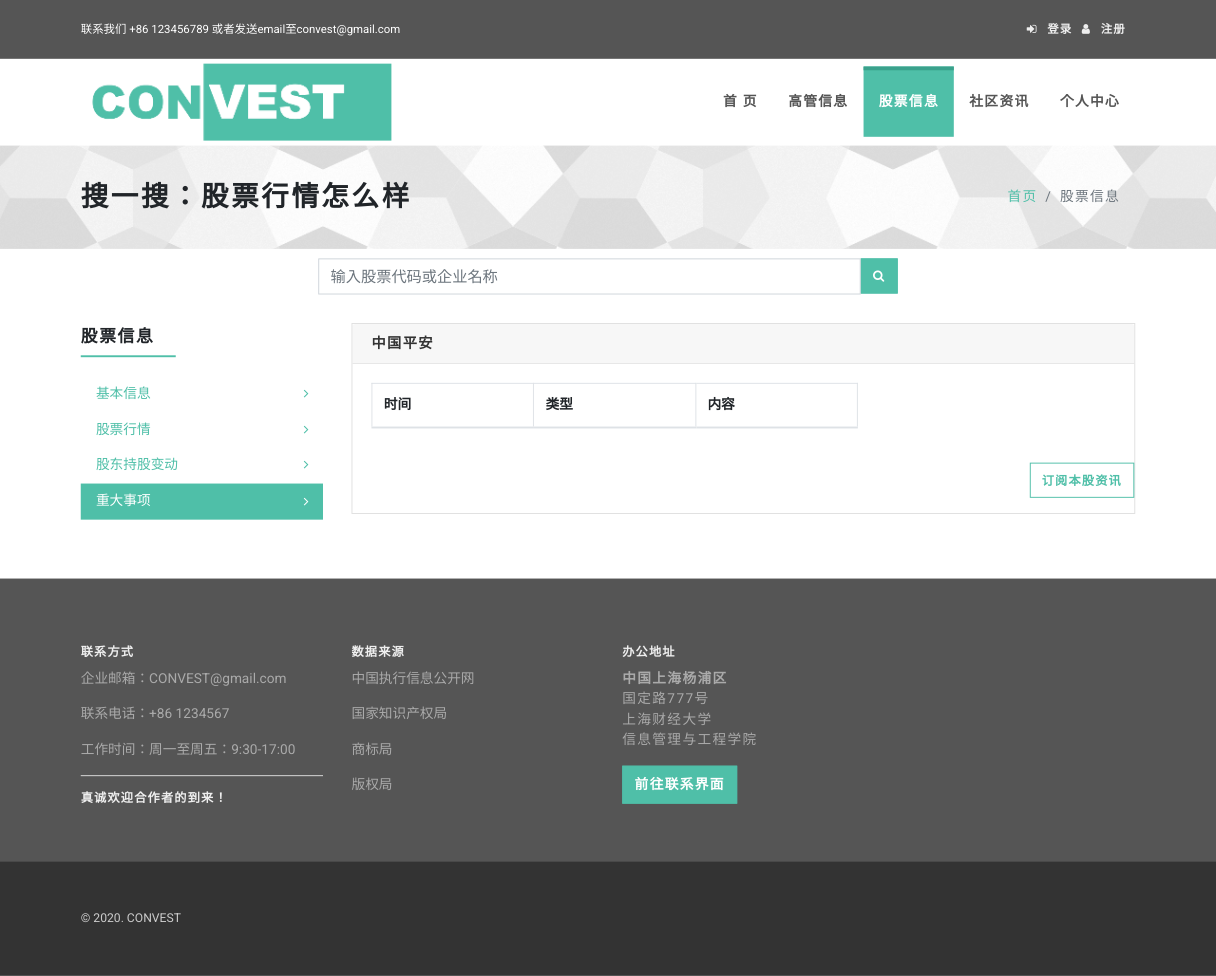
Repository: SUFELYZ/CONVEST
Page: http://localhost/CONVEST/template-blocks.jsp
The author's editor kept a copy of each file at every save. The page is drawn from the files as they stood at one save, then again after the next save.
The browser window is 1280 px wide. The pictures show the whole page, at 95% of full size.
The page is served by Tomcat 9.

Above is the page before, as saved 2021-01-05 18:24:18.

After the next save:
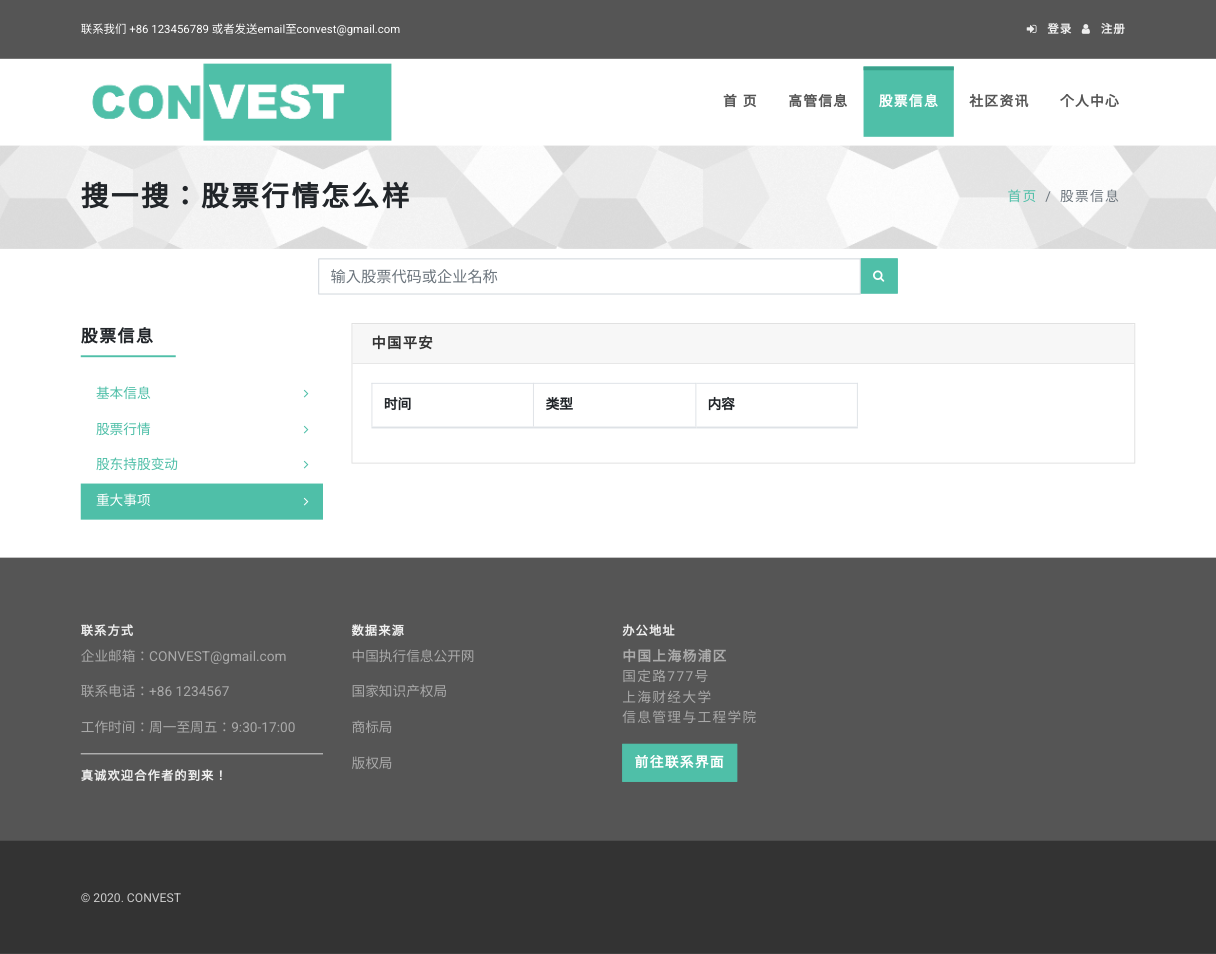
Saved 3 min 49 s later.
--- a/CONVEST 1.0/CONVEST/WebContent/template-blocks.jsp
+++ b/CONVEST 1.0/CONVEST/WebContent/template-blocks.jsp
@@ -214,7 +214,7 @@
                     </div>
                   </div>
                 </div>
-                <p class="read-more text-right"><a href="blog-post.jsp" class="btn btn-template-outlined">订阅本股资讯</a></p>
+
 
 
 
